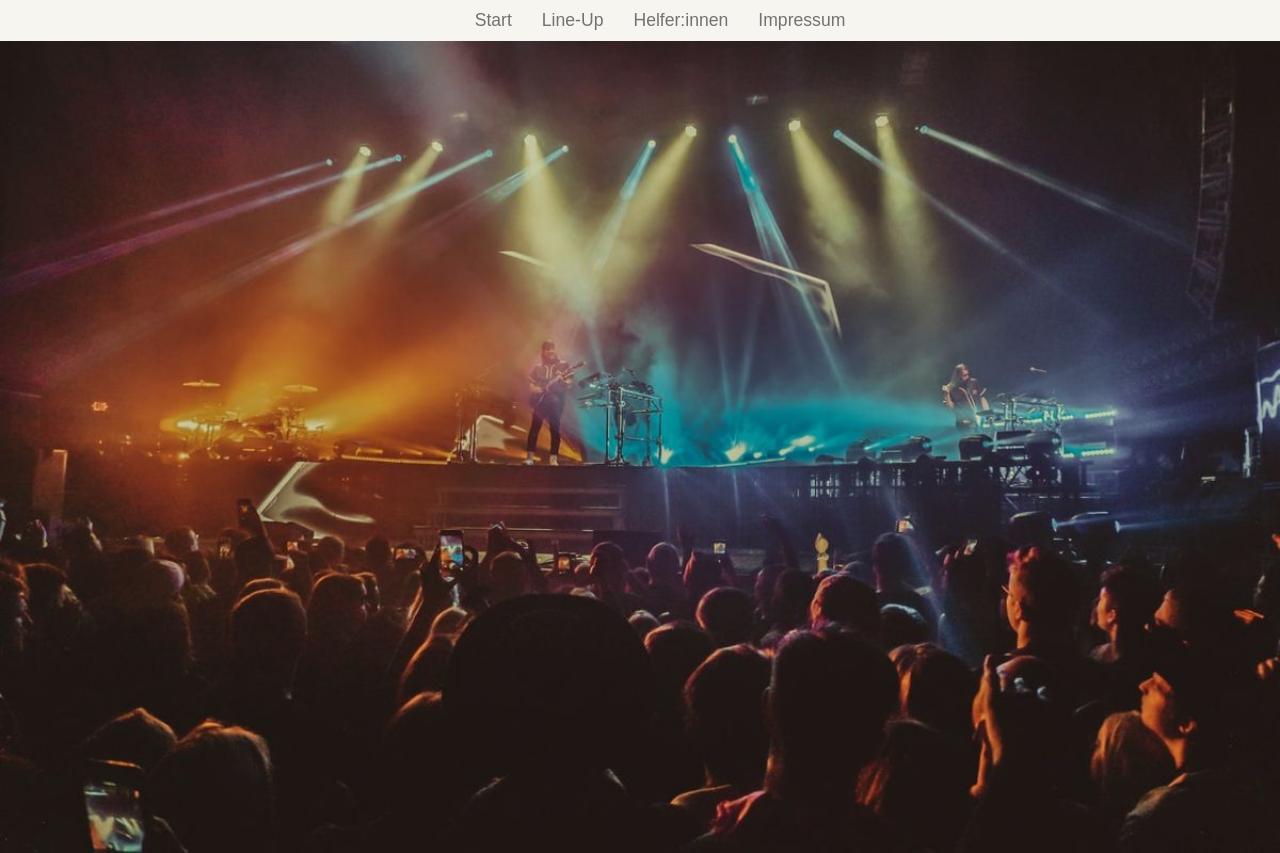
Repository: Hajimohammadi-KI/Web-Technologien
Page: index.html
These files come from the project's save history. The page is drawn as it stood at one moment and after a run of saves; the edit follows.
The browser window is 1280 px wide. The pictures show the whole page.

Above is the page before, as saved 2025-09-30 15:07:59.

### index.html
<!DOCTYPE html>
<html lang="en">
<head>
    <meta charset="UTF-8">
    <meta name="viewport" content="width=device-width, initial-scale=1.0">
    <link rel="stylesheet" href="Style.css">
    <title>Document</title>
</head>
<body>
     <nav>
    <a href="#">Start</a>
    <a href="#">Line-Up</a>
    <a href="#">Helfer:innen</a>
    <a href="#">Impressum</a>
</nav>
    <!-- The alt attribute is used to provide alternative text for the image if it fails to load or if the user visits the page via a screen reader. -->
    <img src="img/spotify-livestreaming-virtual-concerts-feat.jpeg"
        alt="Musicians performing on a brightly lit stage with colorful spotlights
        and smoke effects while a large enthusiastic audience watches and records
        the event with their phones in a dark concert hall filled with energy and
         excitement" class="responsive-img">


</body>
</html>

### Style.css
/*
    Styles for responsive images.
    The .responsive-img class is intended to make images scale appropriately
    to fit their container while maintaining aspect ratio.
    Apply this class to <img> elements to ensure they are responsive
    across different screen sizes and devices.
*/
img.responsive-img {
  width: 100%; /* [translate:عرض تصویر همیشه برابر با عرض عنصر والد خواهد بود] */
  height: auto; /* [translate:نسبت ابعاد تصویر حفظ می‌شود] */
  max-width: 100vw; /* [translate:تصویر هیچ‌گاه از عرض پنجره مرورگر بزرگ‌تر نمی‌شود] */
  display: block; /* [translate:فضای اضافی پایین عکس حذف می‌شود] */
}

@media (max-width: 600px) {
  img.responsive-img {
    max-width: 100%; /* [translate:در صفحات کوچک، حداکثر عرض تصویر برابر با عنصر والد می‌شود] */
  }
}

 body {
  font-family: Arial, sans-serif; /* [translate:تنظیم فونت پیش‌فرض برای کل صفحه] */
  margin: 0; /* [translate:حذف حاشیه پیش‌فرض مرورگر] */
  padding: 0; /* [translate:حذف فاصله داخلی پیش‌فرض مرورگر] */
  box-sizing: border-box; /* [translate:شامل کردن حاشیه و پدینگ در محاسبه عرض و ارتفاع عناصر] */
  background: url("img/spotify-livestreaming-virtual-concerts-feat.jpeg");
  background-position: center; /* [translate:تنظیم موقعیت پس‌زمینه در مرکز] */
  background-repeat: no-repeat; /* [translate:عدم تکرار تصویر پس‌زمینه] */
  background-size: cover; /* [translate:پوشش کامل پس‌زمینه] */
}
  h1, h2, h3 {
    color: #333; /* [translate:تنظیم رنگ تیره برای عناوین] */
    margin-bottom: 10px; /* [translate:افزودن فاصله پایین به عناوین] */
  }

  p {
    color: #555; /* [translate:تنظیم رنگ خاکستری برای پاراگراف‌ها] */
    line-height: 1.6; /* [translate:افزایش ارتفاع خط برای خوانایی بهتر] */
    margin-bottom: 15px; /* [translate:افزودن فاصله پایین به پاراگراف‌ها] */
  }
/*
  Styles for the navigation bar and container.
  The nav styles create a horizontal navigation bar with spacing and hover effects.
  The .container class centers content and limits its maximum width for better readability.
*/
nav {
  justify-content: center; /* [translate:مرکزچین کردن آیتم‌های ناوبری] */
  position: fixed; /* [de:Fixiert die Navigationsleiste oben][fa:ثابت نگه داشتن نوار ناوبری در بالای صفحه] */
  top: 0;                  /* Richtet die Leiste am oberen Rand aus.// نوار را به بالای صفحه می‌چسباند. */
  /* Removed: bottom: 0;  (Redundant for top-fixed horizontal navbar) */
    width: 100%;         /*Die Leiste nimmt die gesamte Breite ein.// نوار ناوبری تمام عرض صفحه را می‌گیرد. */
    z-index: 1000;       /*Stellt sicher, dass die Leiste über anderen Elementen bleibt.// اطمینان از اینکه نوار ناوبری بالاتر از سایر عناصر قرار می‌گیرد.*/
  background: #f6f5f0; /* [translate:رنگ پس‌زمینه روشن برای نوار ناوبری] */
  padding: 10px 20px; /* [translate:افزودن فاصله داخلی به نوار ناوبری] */
  display: flex; /* [translate:نمایش آیتم‌ها به صورت افقی] */
  gap: 30px; /* [translate:افزودن فاصله بین آیتم‌های ناوبری] */
  font-family: sans-serif; /* [translate:استفاده از فونت ساده برای ناوبری] */
  font-size: 1.1em; /* [translate:افزایش اندازه فونت ناوبری] */
}
nav a {
  text-decoration: none; /* [translate:حذف خط زیر لینک‌ها] */
  color: #727272; /* [translate:تنظیم رنگ خاکستری برای لینک‌ها] */
  transition: color 0.2s; /* [translate:افکت تغییر رنگ هنگام هاور] */
}
nav a:hover {
  color: #444; /* [translate:تیره‌تر شدن رنگ لینک هنگام هاور] */
  border-bottom: 1px solid #444; /* [translate:افزودن خط زیر لینک هنگام هاور] */
}
.container {
  max-width: 1200px; /* [translate:محدود کردن عرض حداکثر برای محتوا] */
  margin: 0 auto; /* [translate:مرکزچین کردن محتوا] */
  padding: 20px; /* [translate:افزودن فاصله داخلی به محتوا] */
}

After the next 2 saves:
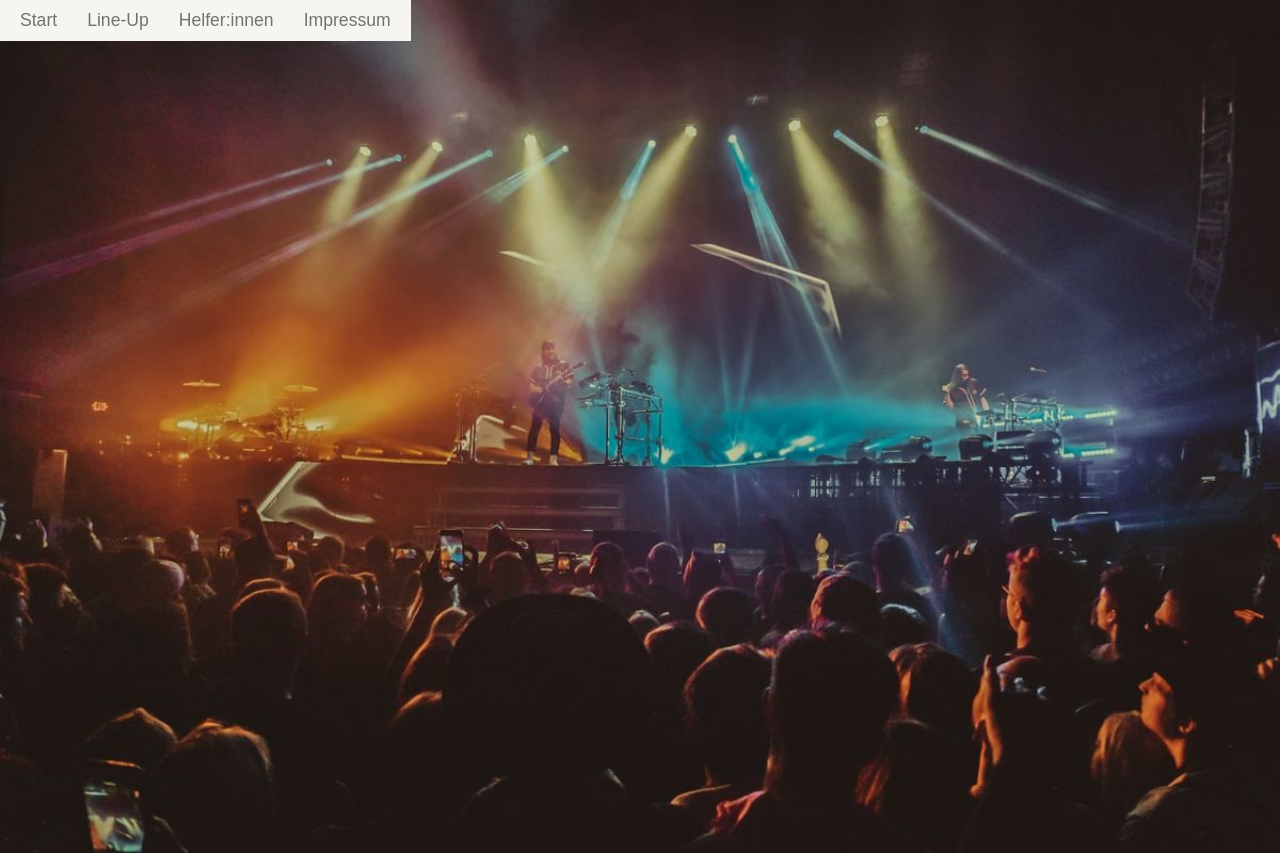
The 2 saves are shown as one change because they came seconds apart.
The last was saved 25 s later.
--- a/Style.css
+++ b/Style.css
@@ -48,6 +48,7 @@
   position: fixed; /* [de:Fixiert die Navigationsleiste oben][fa:ثابت نگه داشتن نوار ناوبری در بالای صفحه] */
   top: 0;                  /* Richtet die Leiste am oberen Rand aus.// نوار را به بالای صفحه می‌چسباند. */
   /* Removed: bottom: 0;  (Redundant for top-fixed horizontal navbar) */
+  در CSS تگ nav این خط هست: bottom: 0; — این برای horizontal navbar اضافی است و اگر هدف navbar بالای صفحه باشد حذفش کن.
     width: 100%;         /*Die Leiste nimmt die gesamte Breite ein.// نوار ناوبری تمام عرض صفحه را می‌گیرد. */
     z-index: 1000;       /*Stellt sicher, dass die Leiste über anderen Elementen bleibt.// اطمینان از اینکه نوار ناوبری بالاتر از سایر عناصر قرار می‌گیرد.*/
   background: #f6f5f0; /* [translate:رنگ پس‌زمینه روشن برای نوار ناوبری] */

After the 6 saves that followed:
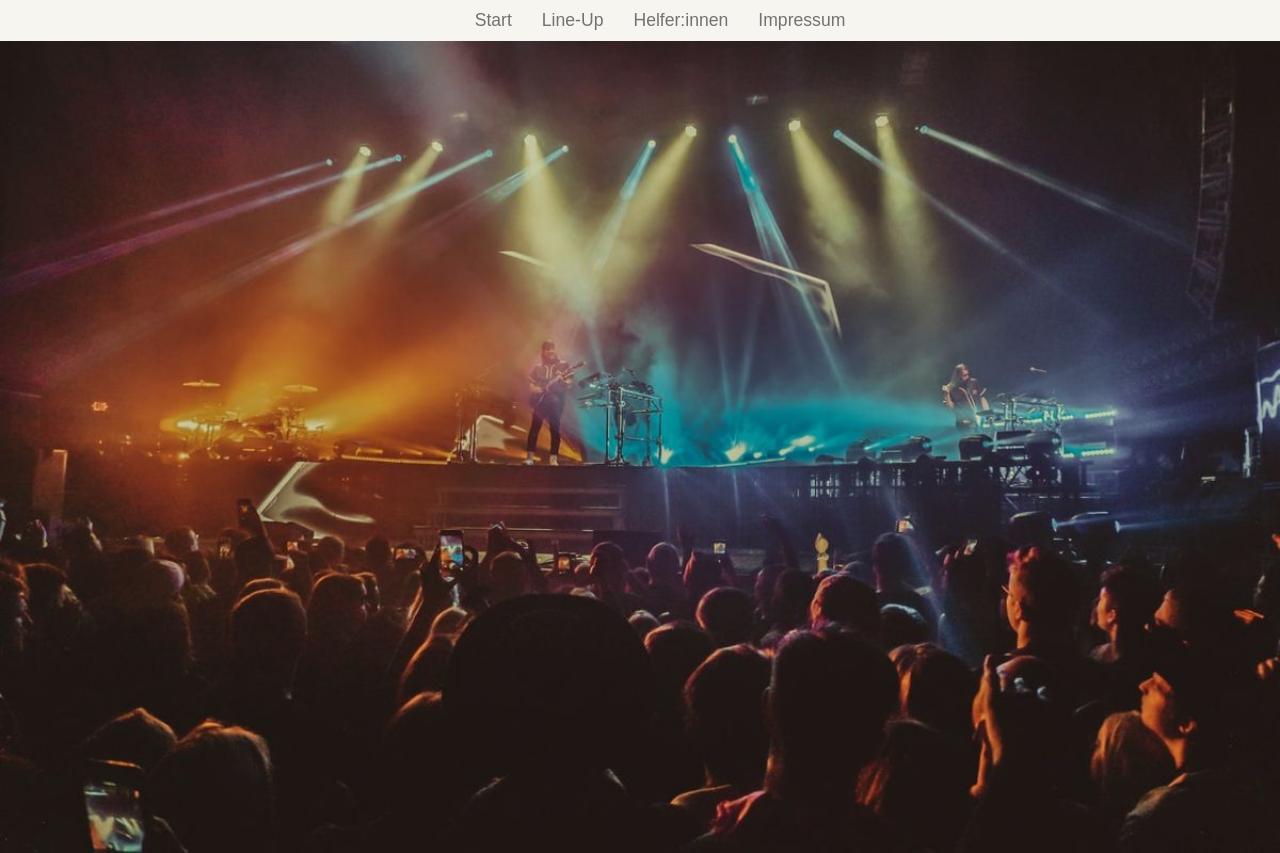
The 6 saves are shown as one change because 2 left the picture as it was and some came seconds apart.
The last was saved 41 s later.
--- a/Style.css
+++ b/Style.css
@@ -48,7 +48,7 @@
   position: fixed; /* [de:Fixiert die Navigationsleiste oben][fa:ثابت نگه داشتن نوار ناوبری در بالای صفحه] */
   top: 0;                  /* Richtet die Leiste am oberen Rand aus.// نوار را به بالای صفحه می‌چسباند. */
   /* Removed: bottom: 0;  (Redundant for top-fixed horizontal navbar) */
-  در CSS تگ nav این خط هست: bottom: 0; — این برای horizontal navbar اضافی است و اگر هدف navbar بالای صفحه باشد حذفش کن.
+  /* در CSS تگ nav این خط هست: bottom: 0; — این برای horizontal navbar اضافی است و اگر هدف navbar بالای صفحه باشد حذفش کن. */
     width: 100%;         /*Die Leiste nimmt die gesamte Breite ein.// نوار ناوبری تمام عرض صفحه را می‌گیرد. */
     z-index: 1000;       /*Stellt sicher, dass die Leiste über anderen Elementen bleibt.// اطمینان از اینکه نوار ناوبری بالاتر از سایر عناصر قرار می‌گیرد.*/
   background: #f6f5f0; /* [translate:رنگ پس‌زمینه روشن برای نوار ناوبری] */
